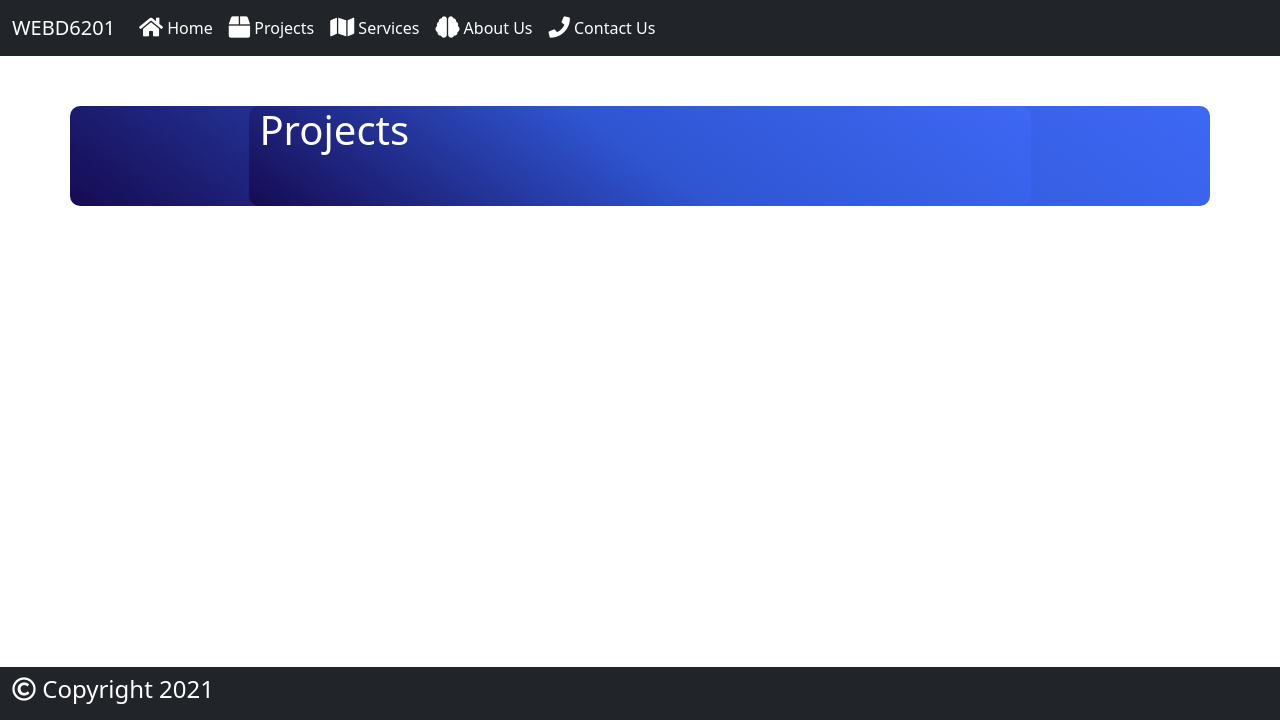
Repository: AshokSasi/WEBD6201-ASasi-JYuan-Lab2
Page: projects.html
The author's editor kept a copy of each file at every save. The page is drawn from the files as they stood at one save, then again after the next save.
The browser window is 1280 px wide. The pictures show the whole page.

Above is the page before, as saved 2021-01-28 21:06:22.

### projects.html
<!DOCTYPE html>
<html lang="en">
<head>
    <meta charset="UTF-8">
    <meta name="viewport" content="width=device-width, initial-scale=1.0">
    <title>Projects</title>
    <!-- CSS Section-->
    <link rel="stylesheet" href="./Content/app.css">
    <link rel="stylesheet" href="./node_modules/bootstrap/dist/css/bootstrap.min.css">
    <link rel="stylesheet" href="./node_modules/@fortawesome/fontawesome-free/css/all.min.css">
</head>
<body>
   <!-- Main Header -->
   <header>
    <!--main navbar-->
      <nav class="navbar navbar-expand-lg navbar-dark bg-dark">
          <div class="container-fluid">
            <a class="navbar-brand" href="index.html">WEBD6201</a>
            <button class="navbar-toggler" type="button" data-bs-toggle="collapse" data-bs-target="#navbarSupportedContent" aria-controls="navbarSupportedContent" aria-expanded="false" aria-label="Toggle navigation">
              <span class="navbar-toggler-icon"></span>
            </button>
            <div class="collapse navbar-collapse" id="navbarSupportedContent">
              <ul class="navbar-nav me-auto mb-2 mb-lg-0">
                <li class="nav-item">
                  <a class="nav-link active" aria-current="page" href="index.html"><i class="fas fa-home fa-lg"></i> Home</a>
                </li>
                <li class="nav-item">
                  <a class="nav-link active" aria-current="page" href="projects.html"><i class="fas fa-box fa-lg"></i> Projects</a>
                </li>
                <li class="nav-item">
                  <a class="nav-link active" aria-current="page" href="services.html"><i class="fas fa-map fa-lg"></i> Services</a>
                </li>
                <li class="nav-item">
                  <a class="nav-link active" aria-current="page" href="about.html"><i class="fas fa-brain fa-lg"></i> About Us</a>
                </li>
                <li class="nav-item">
                  <a class="nav-link active" aria-current="page" href="contact.html"><i class="fas fa-phone fa-lg"></i> Contact Us</a>
                </li>
              </ul>

            </div>
          </div>
        </nav>
  </header>

    <!-- Main Content-->
    <main class="container">
        <h1 class="gradientBg">Projects</h1>


    </main>

    <!--Main Footer Nav -->
  <!--Main Footer Nav -->
  <footer>
    <nav class="navbar fixed-bottom navbar-dark bg-dark">
        <div class="container-fluid">
          <h4 class="footerContent"><i class="far fa-copyright"></i> Copyright 2021</h4>
        </div>
      </nav>
</footer>
    <!--Javascript section-->
    <script src="./Scripts/app.js"></script>
    <script src="./node_modules/jquery/dist/jquery.min.js"></script>
    <script src="./node_modules/bootstrap/dist/js/bootstrap.bundle.min.js"></script>
</body>
</html>

### Content/app.css
body.bg-image{
    background-image : url('../img/bg-img.png');
    background-repeat: no-repeat;
    background-attachment: fixed;
    background-size: 100% 100%;

}
.gradientBg{
    padding-left: 10px;
    color: white;
    border-radius: 10px;
    width: 70%;
    height: 100px;
    margin: 50px auto;
    background: linear-gradient(35deg,#160b52,#2f55d1,#3d68f5)
}
.contactUsForm{
   margin: 100px auto;
   width: 300px ;
}
.container{

    padding-left: 10px;
    color: white;
    border-radius: 10px;
    width: 70%;
    height: 100px;
    margin: 50px auto;
    background: linear-gradient(35deg,#160b52,#2f55d1,#3d68f5)
  /*  background: linear-gradient(35deg,#160b52,#2f51be)*/
}
footer{
    color:white;
}

### Scripts/app.js
/* custom JavaScript goes here */

//IIFE - Immediately Invoked Function Expression
//AKA - Anonymous Self-Executing Function
//Closure - limits scope leak


"use strict";

(function()
{
function displayHome()
{

      // let paragraphOneText = "This is a simple site to demonstrate DOM Manipulation for ICE 1";

        //Different ways to select a paragraph element "paragraph one"
      //  let paragraphOneElement = document.getElementById("paragraphOne");

       // paragraphOneElement.textContent = paragraphOneText;
       // paragraphOneElement.className = "fs-5";

        // step 1. Create an element
     //   let newParagraph = document.createElement("p");
        //step 2. configure element
      //  newParagraph.setAttribute("id", "paragraphTwo");
       // newParagraph.textContent = "...And this is paragraph two";
       // //Step 3. select the parent element
      //  let mainContent = document.getElementsByTagName("main")[0];
        //step 4. Add/insert the element
      //  mainContent.appendChild(newParagraph);

        newParagraph.className = "fs-6";

        //////another way to add an element ///////
        //let paragraphThree =`<p class="fs-7 fw-bold">And this is the Third Paragraph</p>`;
        //mainContent.innerHTML = paragraphThree;

      //  let paragraphDiv = document.createElement("div");
       // let paragraphThree = `<p id="paragraphThree" class="fs-7 fw-bold">And this is the third paragraph</p>`
       // paragraphDiv.innerHTML = paragraphThree;

        //insertion before a node
        //newParagraph.before(paragraphDiv);
      //  newParagraph.after(paragraphDiv);

        //deletions
        //paragraphOneElement.remove();
      //  mainContent.removeChild(paragraphOneElement);

        //Update / modification of an element
        //mainContent.firstElementChild.textContent = "Welcome Home!";

      //  mainContent.innerHTML =
      //  `<h1 id="firstHeading">Welcome to WEBD6201 - Lab 1</h1>
      //  <p id="paragraphOne" class="fs-3 fw-bold">This is my first paragraph</p>`

}
function displayAbout()
{

}
function displayProjects()
{

}
function displayServices()
{

}

function displayContact()
{
    let messageArea = document.getElementById("messageArea");
    messageArea.hidden = true;
    //form validation
    let fullName = document.getElementById("fullName");
        fullName.addEventListener("blur", function()
        {
            if(fullName.value.length < 2)
            {
                fullName.focus();
                fullName.select();
                messageArea.hidden = false;
                messageArea.textContent = "Please enter an appropriate Name";
            }
            else
            {
                messageArea.removeAttribute("class");
                messageArea.hidden = true;
            }
        });


    let sendButton = document.getElementById("sendButton");
    sendButton.addEventListener("click", function(event)
    {
        //event.preventDefault();
        let contact = new Contact(fullName.value, contactNumber.value, emailAddress.value);

        if(contact.serialize())
        {
            localStorage.setItem((localStorage.length + 1).toString(), contact.serialize());
        }

    });
}


    function Start()
    {
        console.log("App Started...");

        switch(document.title)
        {
            case "Home":
                displayHome();
                break;
            case "About":
                displayAbout();
                break;
            case "Projects":
                displayProjects();
                break;
            case "Services":
                displayServices();
                break;
            case "Contact":
                displayContact();
                break;

        }

    }



    window.addEventListener("load", Start);

})();

Loaded but not shown: node_modules/bootstrap/dist/css/bootstrap.min.css (library); node_modules/@fortawesome/fontawesome-free/css/all.min.css (library); node_modules/jquery/dist/jquery.min.js (library); node_modules/bootstrap/dist/js/bootstrap.bundle.min.js (library)

After the next save:
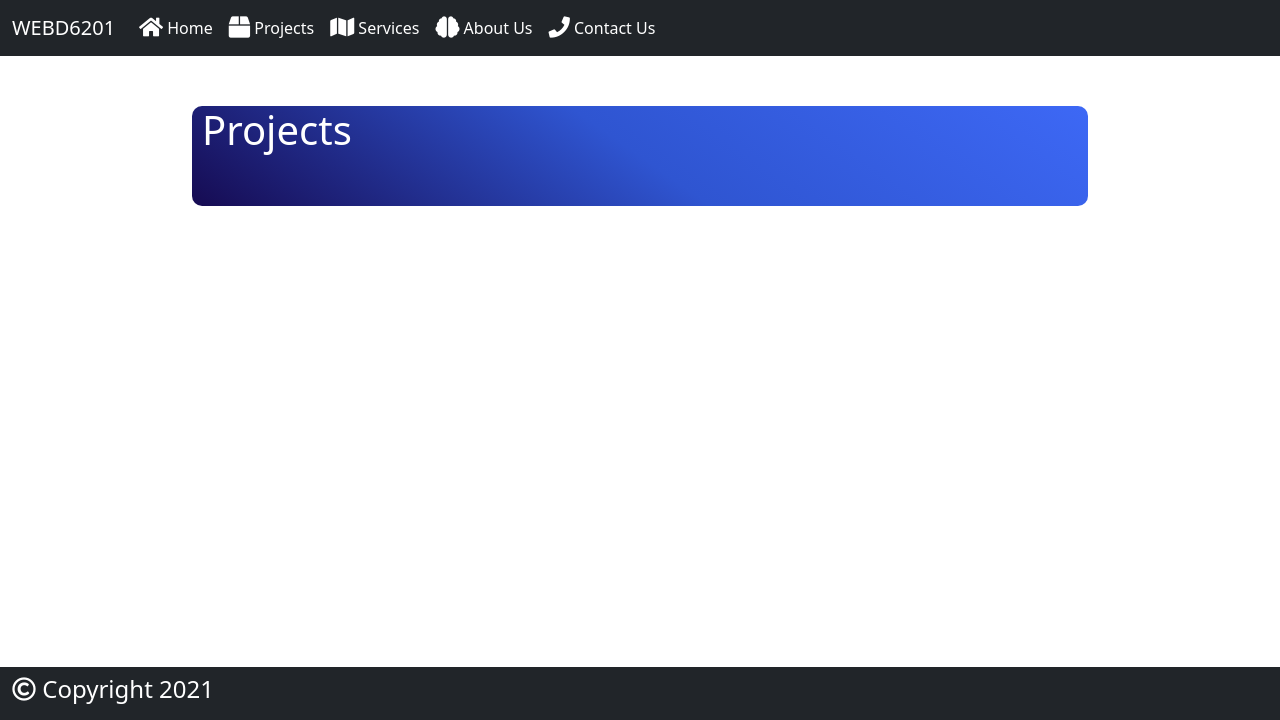
Saved 19 s later.
--- a/projects.html
+++ b/projects.html
@@ -44,7 +44,7 @@
   </header>
 
     <!-- Main Content-->
-    <main class="container">
+    <main >
         <h1 class="gradientBg">Projects</h1>
 
 
